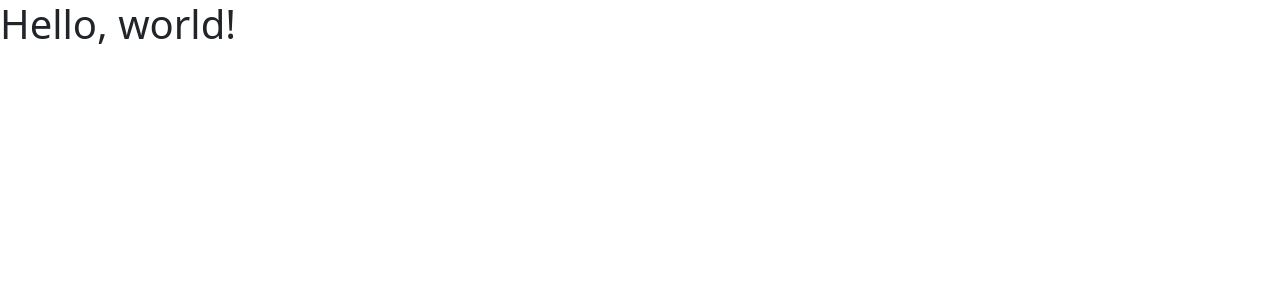
Repository: mobey3/JspProject
Page: http://localhost/JS_JSP/
The author's editor kept a copy of each file at every save. The page is drawn from the files as they stood at one save, then again after the next save.
The browser window is 1280 px wide. The pictures show the whole page.
The page is served by Tomcat 9.

Above is the page before, as saved 2021-07-20 01:25:56.

After the next save:
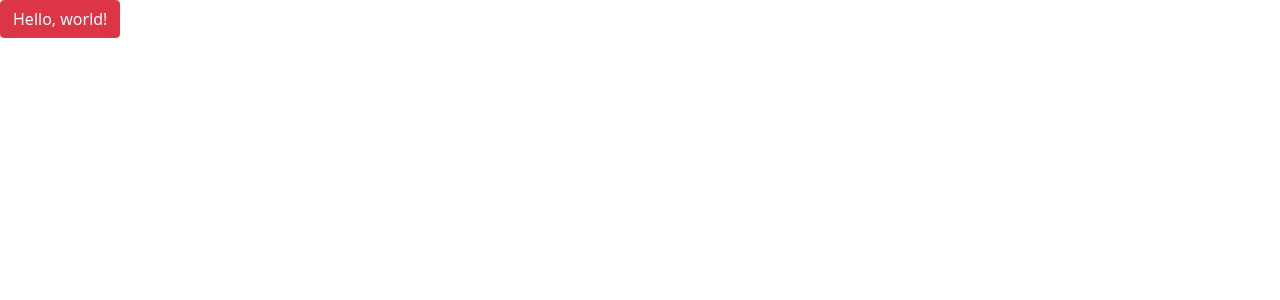
Saved 106 s later.
--- a/0720/JS_JSP/src/main/webapp/index.jsp
+++ b/0720/JS_JSP/src/main/webapp/index.jsp
@@ -13,7 +13,7 @@
     <title>Hello, world!</title>
   </head>
   <body>
-    <h1>Hello, world!</h1>
+    <h1 class="btn btn-danger">Hello, world!</h1>
 
     <!-- Optional JavaScript; choose one of the two! -->
 
